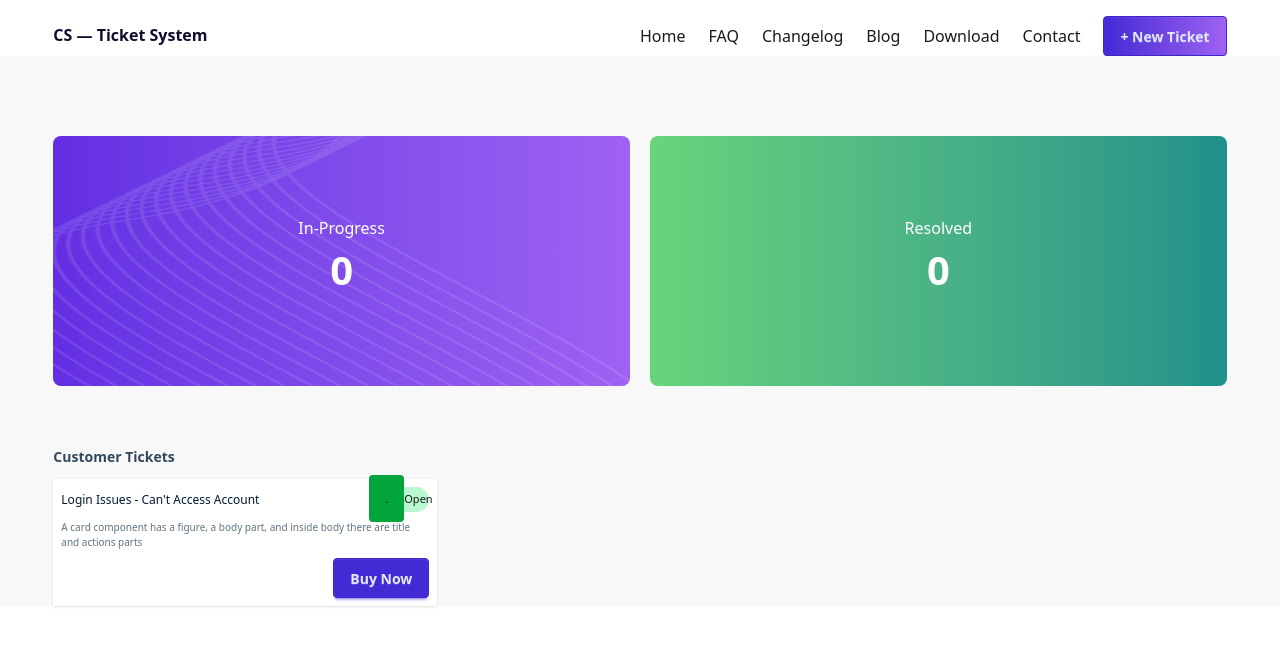
Repository: SanjidaSnigdha/Customer-Support-Zone
Page: /
An editor plug-in stored every save of this project. The page is shown before and after the next save, followed by the edit.
The browser window is 1280 px wide. The pictures show the whole page.
The project was rebuilt for these pictures with package versions that can differ from the ones it lists, and the page was loaded fresh each time. Also part of the build but not shown: vite.config.js, src/App.css.

Above is the page before, as saved 2026-03-24 03:38:05.

### index.html
<!doctype html>
<html lang="en">
  <head>
    <meta charset="UTF-8" />
    <link rel="icon" type="image/svg+xml" href="/favicon.svg" />
    <meta name="viewport" content="width=device-width, initial-scale=1.0" />
    <title>customer-support-zone</title>
  </head>
  <body>
    <div id="root"></div>
    <script type="module" src="/src/main.jsx"></script>
  </body>
</html>

### src/index.css
 @import "tailwindcss";
 @plugin "daisyui" {
  themes: light --default, dark --prefersdark;
  themes: light --default;
 }

### src/App.jsx
import { Suspense, useState } from 'react'
import './App.css'
import Navbar from './component/Navbar/Navbar'
import Banner from './component/Banner/Banner'
import CustomerTickets from './component/CustomerTickets/CustomerTickets'

const fetchTickets = async()=>{
  const res = await fetch("/customers.json")
  return res.json()
}

function App() {
  const customerPromise = fetchTickets()

  return (
    <>
    <div className='flex flex-col'>
   <Navbar></Navbar>
   <div className='flex-1 bg-base-200'>
    <Banner></Banner>
    <Suspense fallback={<span className="loading loading-spinner loading-xl"></span>
}>
          <CustomerTickets customerPromise={customerPromise}></CustomerTickets>

    </Suspense>
   </div>
   </div>

    </>
  )
}

export default App

### src/component/Navbar/Navbar.jsx
import React from 'react';

const Navbar = () => {
    return (
        <div className='flex justify-between w-11/12 mx-auto mt-4'>
            <div className='navbar-start'>
                <h1 className='w-[833px] h-[26px] font-bold text-[#130B2D]'>CS — Ticket System</h1>
            </div>
            <div className='navbar-end justify-between gap-3 text-[#000000]/90'>
                <a>Home</a>
                <a>FAQ</a>
                <a>Changelog</a>
                <a>Blog</a>
                <a>Download</a>
                <a>Contact</a>
         <button className='btn btn-primary bg-gradient-to-r from [#632EE3] to-[#9F62F2]'>+ New Ticket</button>
            </div>
        </div>
    );
};

export default Navbar;

### src/component/Banner/Banner.jsx
import React from 'react';
import vectorImg1 from '../../assets/vector1.png'
import vectorImg2 from '../../assets/vector2.png'

const Banner = () => {
    return (
        <div className='flex justify-between w-11/12 mx-auto mt-20 gap-5'>
            <div className='relative'>
             <img src={vectorImg1} alt="" className=' bg-gradient-to-r from-[#632EE3] to-[#9F62F2] w-[700px] h-[250px] rounded-[8px]'/>
             <p className='absolute text-center inset-20 text-[#FFFFFF]'>In-Progress<br /><span className='font-bold text-[#FFFFFF] text-[40px]'>
                0</span></p>

            </div>
            <div className='relative'>
      <img src={vectorImg2} alt="" className='bg-gradient-to-r from-[#54CF68] to-[#00827A] w-[700px] h-[250px] rounded-[8px]'/>
        <p className='absolute text-center inset-20 text-[#FFFFFF]'>Resolved<br /><span className='font-bold text-[#FFFFFF] text-[40px]'>
                0</span></p>

            </div>
        </div>
    );
};

export default Banner;

### src/component/CustomerTickets/CustomerTickets.jsx
import React, { use } from 'react';
const CustomerTickets = ({customerPromise}) => {
    const customerTicket = use(customerPromise)
    console.log(customerTicket)
    return (
        <div className='w-11/12 mx-auto'>
        <h1 className='font-semibold text-[#34485A] text-[14px] mt-15'>Customer Tickets</h1>

       <div className="card w-96 bg-base-100 card-xs shadow-sm mt-3 rounded-none">
  <div className="card-body">
    <div className='flex justify-between'>
     <h2 className="card-title text-[#001931] font-medium text-[12px]">Login Issues - Can't Access Account</h2>
     <button className='rounded-4xl bg-[#B9F8CF] w-[60px] h-[25px]'><span className='bg-[#02A53B] px-4 py-4 rounded'>.</span>Open</button>

    </div>
    <p className='text-[#627382] text-[10px] font-medium'>A card component has a figure, a body part, and inside body there are title and actions parts</p>
    <div className="justify-end card-actions">
      <button className="btn btn-primary">Buy Now</button>
    </div>
  </div>
</div>
        </div>
    );
};

export default CustomerTickets;

### public/customers.json
[
  {
    "id": 1,
    "title": "Login Issue",
    "description": "Customer unable to login with correct credentials.",
    "customer": "Alice Johnson",
    "priority": "High",
    "status": "Open",
    "createdAt": "2026-03-20T10:15:00Z"
  },
  {
    "id": 2,
    "title": "Payment Failure",
    "description": "Transaction failed while trying to purchase subscription.",
    "customer": "Bob Smith",
    "priority": "High",
    "status": "Pending",
    "createdAt": "2026-03-21T14:22:00Z"
  },
  {
    "id": 3,
    "title": "Feature Request",
    "description": "Request to add dark mode in dashboard.",
    "customer": "Charlie Brown",
    "priority": "Medium",
    "status": "Open",
    "createdAt": "2026-03-22T09:30:00Z"
  },
  {
    "id": 4,
    "title": "Bug in Reports",
    "description": "Monthly report shows incorrect sales numbers.",
    "customer": "Diana Prince",
    "priority": "High",
    "status": "In Progress",
    "createdAt": "2026-03-22T11:45:00Z"
  },
  {
    "id": 5,
    "title": "Password Reset",
    "description": "Customer forgot password and cannot reset it via email.",
    "customer": "Ethan Hunt",
    "priority": "Medium",
    "status": "Resolved",
    "createdAt": "2026-03-23T08:10:00Z"
  },
  {
    "id": 6,
    "title": "Account Deactivation",
    "description": "Customer wants to deactivate account permanently.",
    "customer": "Fiona Gallagher",
    "priority": "Low",
    "status": "Pending",
    "createdAt": "2026-03-23T12:05:00Z"
  },
  {
    "id": 7,
    "title": "App Crash",
    "description": "Mobile app crashes when opening settings page.",
    "customer": "George Martin",
    "priority": "High",
    "status": "Open",
    "createdAt": "2026-03-24T07:50:00Z"
  },
  {
    "id": 8,
    "title": "Invoice Issue",
    "description": "Invoice generated shows wrong billing amount.",
    "customer": "Hannah Lee",
    "priority": "Medium",
    "status": "In Progress",
    "createdAt": "2026-03-24T09:30:00Z"
  },
  {
    "id": 9,
    "title": "Email Notifications",
    "description": "Customer not receiving notification emails.",
    "customer": "Ian Curtis",
    "priority": "Medium",
    "status": "Open",
    "createdAt": "2026-03-24T10:00:00Z"
  },
  {
    "id": 10,
    "title": "Data Export",
    "description": "Unable to export CSV from analytics dashboard.",
    "customer": "Jessica Alba",
    "priority": "Low",
    "status": "Resolved",
    "createdAt": "2026-03-24T11:15:00Z"
  }
]

Loaded but not shown: src/main.jsx (common file)

After the next save:
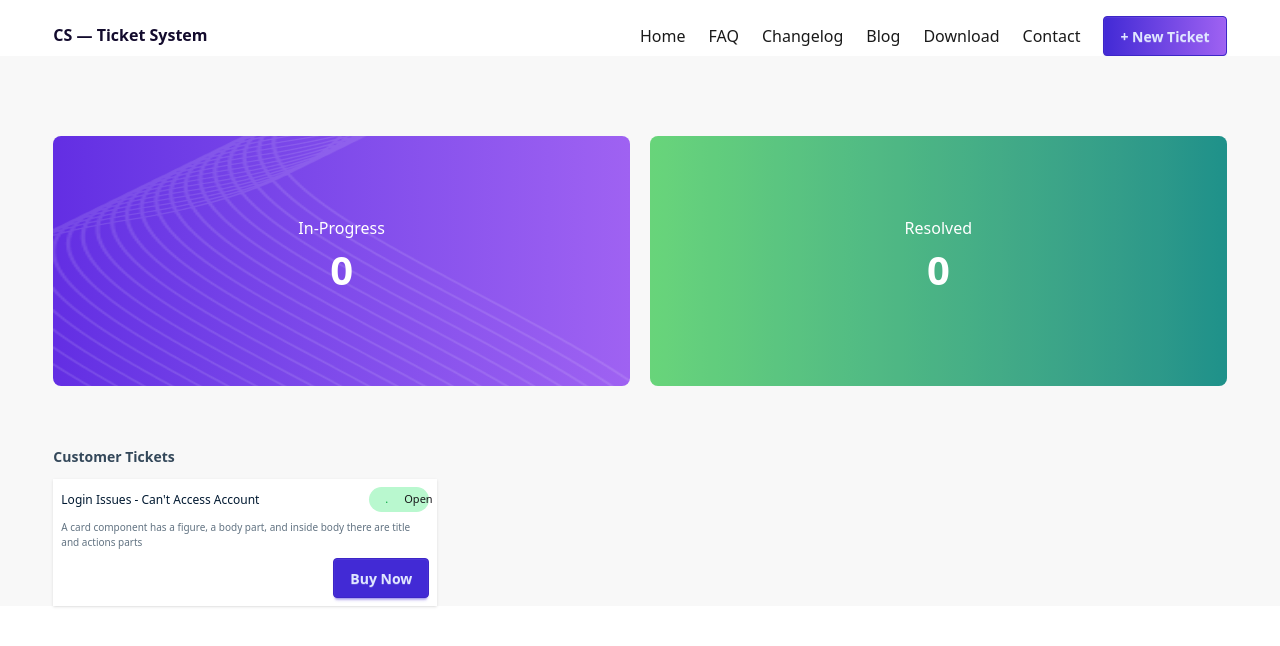
Saved 30 s later.
--- a/src/component/CustomerTickets/CustomerTickets.jsx
+++ b/src/component/CustomerTickets/CustomerTickets.jsx
@@ -10,7 +10,7 @@ const CustomerTickets = ({customerPromise}) => {
   <div className="card-body">
     <div className='flex justify-between'>
      <h2 className="card-title text-[#001931] font-medium text-[12px]">Login Issues - Can't Access Account</h2>
-     <button className='rounded-4xl bg-[#B9F8CF] w-[60px] h-[25px]'><span className='bg-[#02A53B] px-4 py-4 rounded'>.</span>Open</button>
+     <button className='rounded-4xl bg-[#B9F8CF] w-[60px] h-[25px]'><span className='text-[#02A53B] px-4 py-4 rounded'>.</span>Open</button>
 
     </div>
     <p className='text-[#627382] text-[10px] font-medium'>A card component has a figure, a body part, and inside body there are title and actions parts</p>
